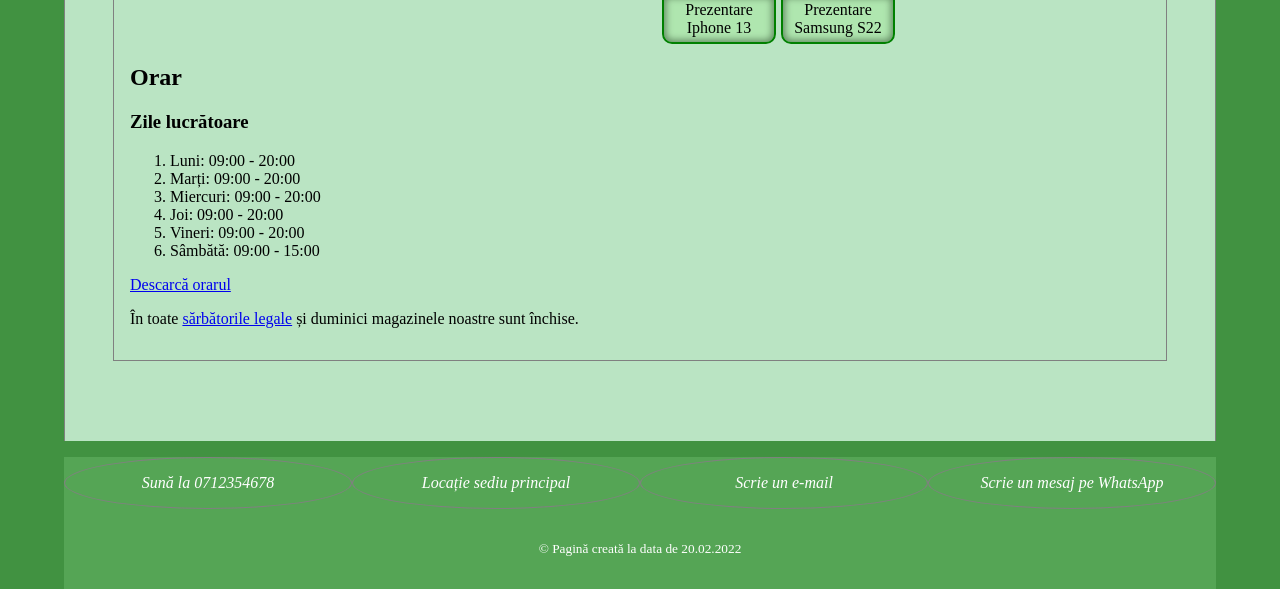
Repository: alexbanilean/Proiect-TW---ElectroHub
Page: index.html
The author's editor kept a copy of each file at every save. The page is drawn from the files as they stood at one save, then again after the next save.
The browser window is 1280 px wide. The pictures show the part of the page from y = 3438 to 4027 px (the page is 4027 px tall).

Above is the page before, as saved 2022-03-06 19:17:13.

After the next save:
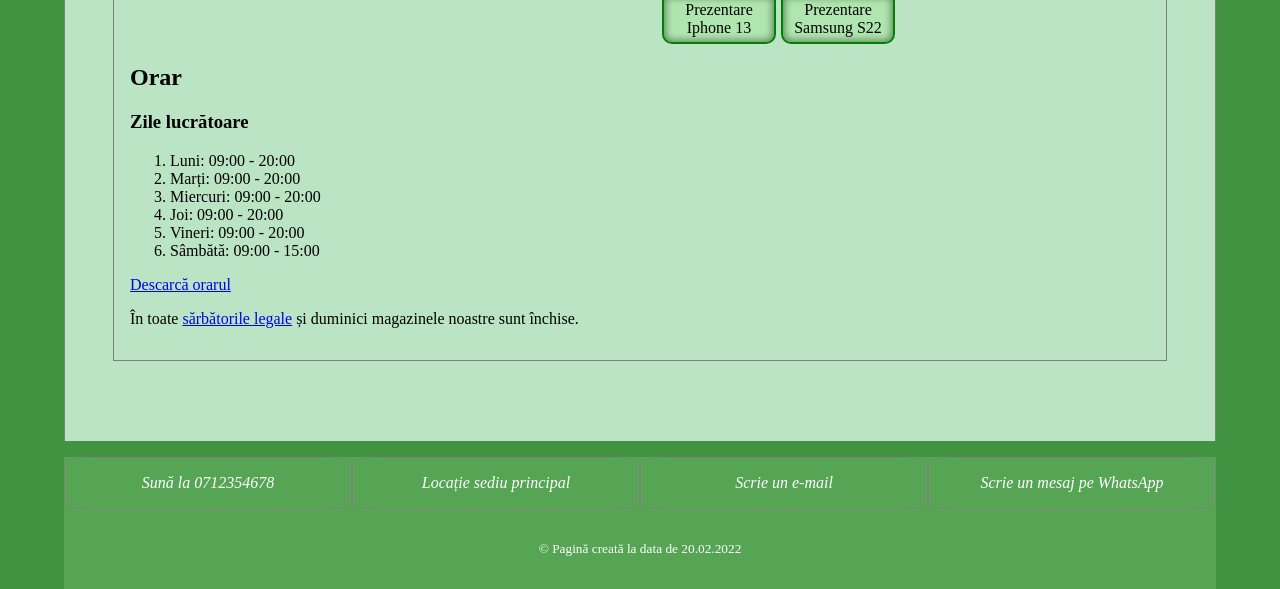
Saved 8 s later.
--- a/resurse/css/general.css
+++ b/resurse/css/general.css
@@ -124,7 +124,7 @@ footer>address a{
     color: white;
 
     border: 1px solid grey;
-    border-radius: 50%;
+    border-radius: 10%;
 
     width: 25%;
     margin: 0;
